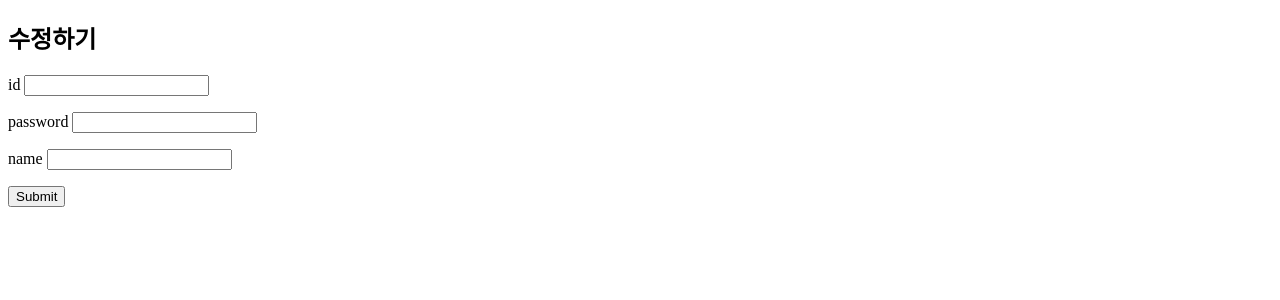
Repository: design-view/jspstudy
Page: http://localhost/GreenJsp/04jdbc/memberedit.jsp
An editor plug-in stored every save of this project. The page is shown before and after the next save, followed by the edit.
The browser window is 1280 px wide. The pictures show the whole page.
The page is served by Tomcat 9. Queries for data that is not in the repository find no rows.

Above is the page before, as saved 2024-01-15 00:42:00.

After the next save:
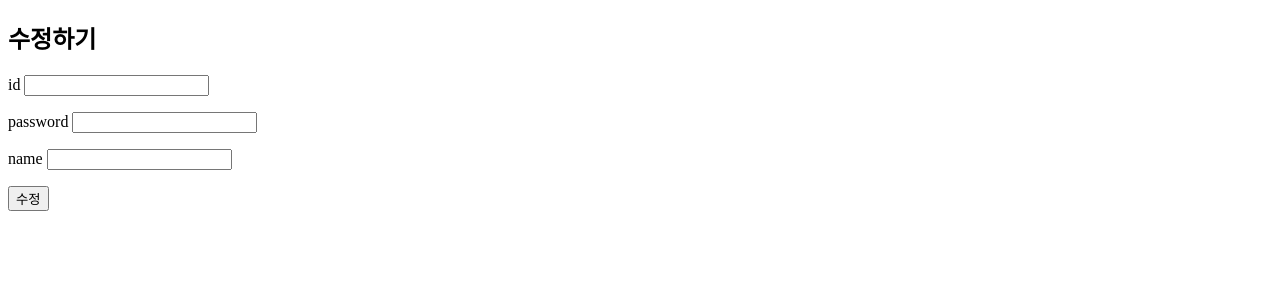
Saved 27 min 41 s later.
--- a/GreenJsp/src/main/webapp/04jdbc/memberedit.jsp
+++ b/GreenJsp/src/main/webapp/04jdbc/memberedit.jsp
@@ -30,15 +30,17 @@
 <html>
 <head>
 <meta charset="UTF-8">
+
 <title>Insert title here</title>
 </head>
 <body>
 	<h2>수정하기</h2>
 	<form method="post" action="edit_process.jsp">
+		<input type="hidden" name="oldid" value="<%=userid%>" />
 		<p>id <input type="text" name="id" value="<%=userid%>"/></p>
 		<p>password <input type="text" name="pw" value="<%=userpw%>"/></p>
 		<p>name <input type="text" name="username" value="<%=username%>"/></p>
-		<p><input type="submit" /></p>
+		<p><input type="submit" value="수정"/></p>
 	</form>
 </body>
 </html>
